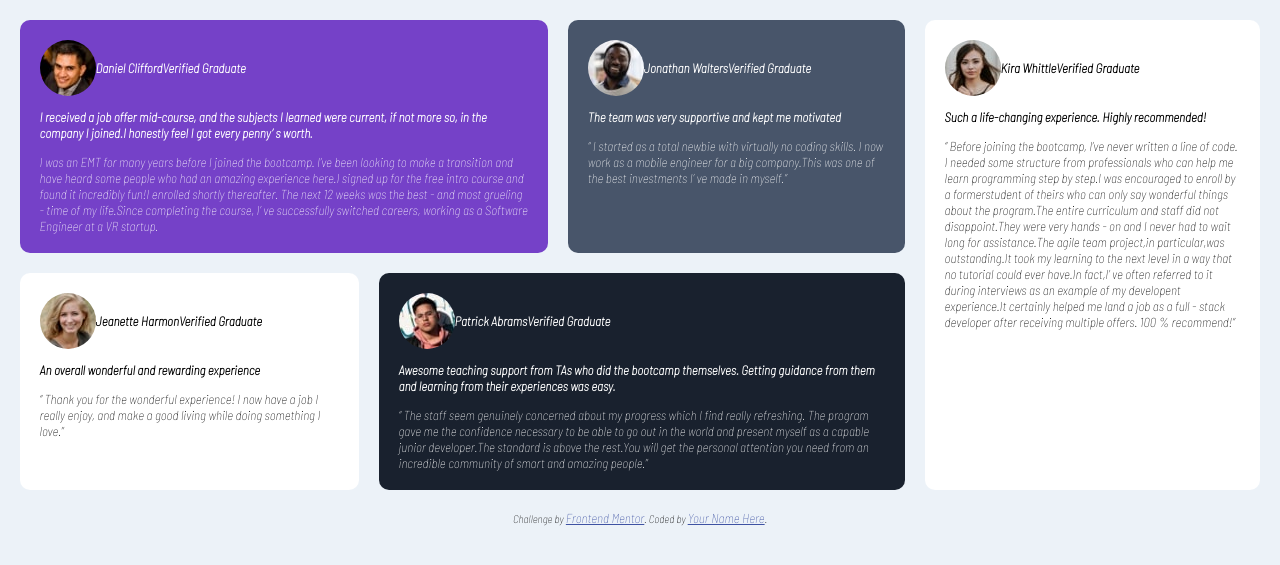
Repository: ibtihelbs/testimonials-grid-section-main
Page: index.html
An editor plug-in stored every save of this project. The page is shown before and after the next save, followed by the edit.
The browser window is 1280 px wide. The pictures show the whole page.

Above is the page before, as saved 2022-04-13 17:08:20.

After the next save:
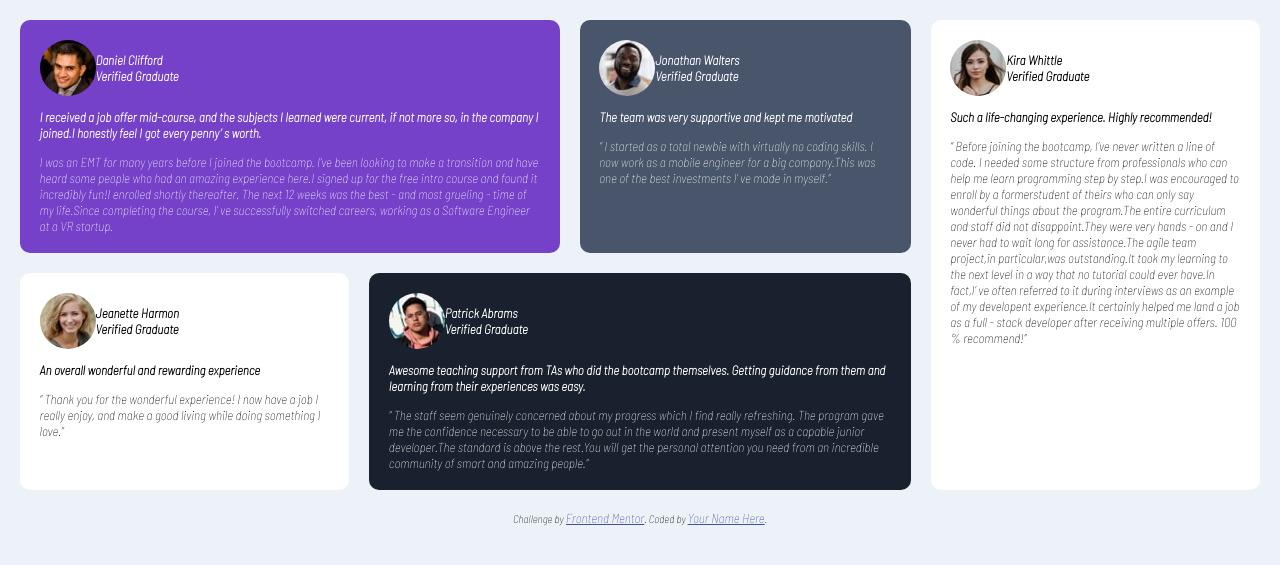
Saved 5 s later.
--- a/style.css
+++ b/style.css
@@ -51,7 +51,7 @@
 }
 h5::after{
   content:"Verified Graduate";
-  display:
+  display:block;
 }
 section:nth-child(2) {
   grid-area: second;
